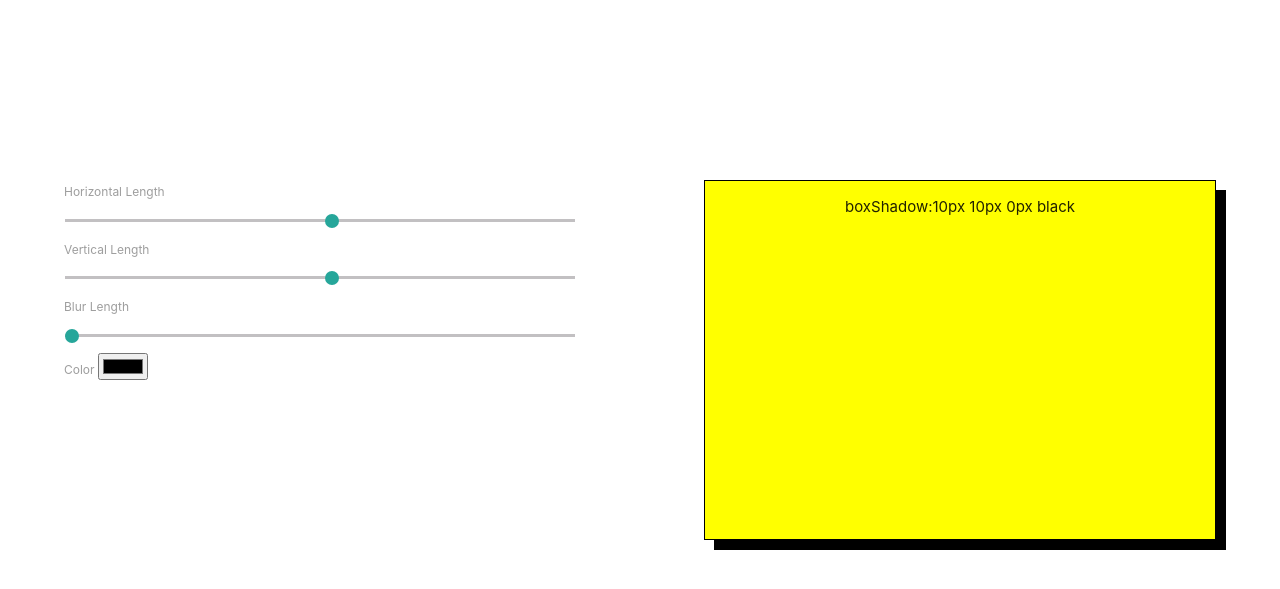
Repository: imrvj/Box-Shadow
Page: /
These files come from the project's save history. The page is drawn as it stood at one moment and after a run of saves; the edit follows.
The browser window is 1280 px wide. The pictures show the whole page.
The project was rebuilt for these pictures with package versions that can differ from the ones it lists, and the page was loaded fresh each time.

Above is the page before, as saved 2020-02-19 23:44:50.

### public/index.html
<!DOCTYPE html>
<html lang="en">
  <head>
    <meta charset="utf-8" />
    <link rel="icon" href="%PUBLIC_URL%/favicon.ico" />
    <meta name="viewport" content="width=device-width, initial-scale=1" />
    <meta name="theme-color" content="#000000" />
    <meta
      name="description"
      content="Web site created using create-react-app"
    />
    <link rel="apple-touch-icon" href="%PUBLIC_URL%/logo192.png" />
    <!--
      manifest.json provides metadata used when your web app is installed on a
      user's mobile device or desktop. See https://developers.google.com/web/fundamentals/web-app-manifest/
    -->
    <link rel="manifest" href="%PUBLIC_URL%/manifest.json" />
    <!--
      Notice the use of %PUBLIC_URL% in the tags above.
      It will be replaced with the URL of the `public` folder during the build.
      Only files inside the `public` folder can be referenced from the HTML.

      Unlike "/favicon.ico" or "favicon.ico", "%PUBLIC_URL%/favicon.ico" will
      work correctly both with client-side routing and a non-root public URL.
      Learn how to configure a non-root public URL by running `npm run build`.
    -->
    <!-- Compiled and minified CSS -->
    <link rel="stylesheet" href="https://cdnjs.cloudflare.com/ajax/libs/materialize/1.0.0/css/materialize.min.css">

    <title>React App</title>
  </head>
  <body>
    <noscript>You need to enable JavaScript to run this app.</noscript>
    <div id="root"></div>
    <!--
      This HTML file is a template.
      If you open it directly in the browser, you will see an empty page.

      You can add webfonts, meta tags, or analytics to this file.
      The build step will place the bundled scripts into the <body> tag.

      To begin the development, run `npm start` or `yarn start`.
      To create a production bundle, use `npm run build` or `yarn build`.
    -->
       <!-- Compiled and minified JavaScript -->
       <script src="https://cdnjs.cloudflare.com/ajax/libs/materialize/1.0.0/js/materialize.min.js"></script>

  </body>
</html>

### src/App.js
import React, { useState } from 'react';

import './App.css';

function App() {
  const [Hori, setHori] = useState(10)
  const [Veri, setVeri] = useState(10)
  const [Blur, setBlur] = useState(0)
  const [Color, setColor] = useState("black")
  return (
    <>

    <div className="App">

      <div className="controls">
      <label>Horizontal Length</label>
      <input type="range"  min="-200" max="200" value={Hori} onChange={(e)=>setHori(e.target.value)}/>
      <label>Vertical Length</label>
      <input type="range"  min="-200" max="200" value={Veri} onChange={(e)=>setVeri(e.target.value)}/>
      <label>Blur Length</label>
      <input type="range"  min="0" max="200" value={Blur} onChange={(e)=>setBlur(e.target.value)}/>
      <label>Color </label>
      <input type="color"  min="0" max="200" value={Color} onChange={(e)=>setColor(e.target.value)}/>
     </div>
      <div className="output">
        <div className="Box" style={{boxShadow:`${Hori}px ${Veri}px ${Blur}px ${Color}`}}>
  <p>boxShadow:{Hori}px {Veri}px {Blur}px {Color}</p>
  </div>
      </div>
    </div>
    </>
  );
}

export default App;

### src/App.css
.App
{
    display: flex;
    justify-content: space-around;
    height: 100vh;
    align-items: center;
}

.Box
{
    width: 40vw;
    height: 50vh;
    border: solid 1px black;
    background-color: yellow;
    text-align: center;
}

.controls
{
    width: 40vw;
    height: 50vh;
}

Loaded but not shown: src/index.js (common file); src/index.css (common file); src/serviceWorker.js (common file)

After the next 2 saves:
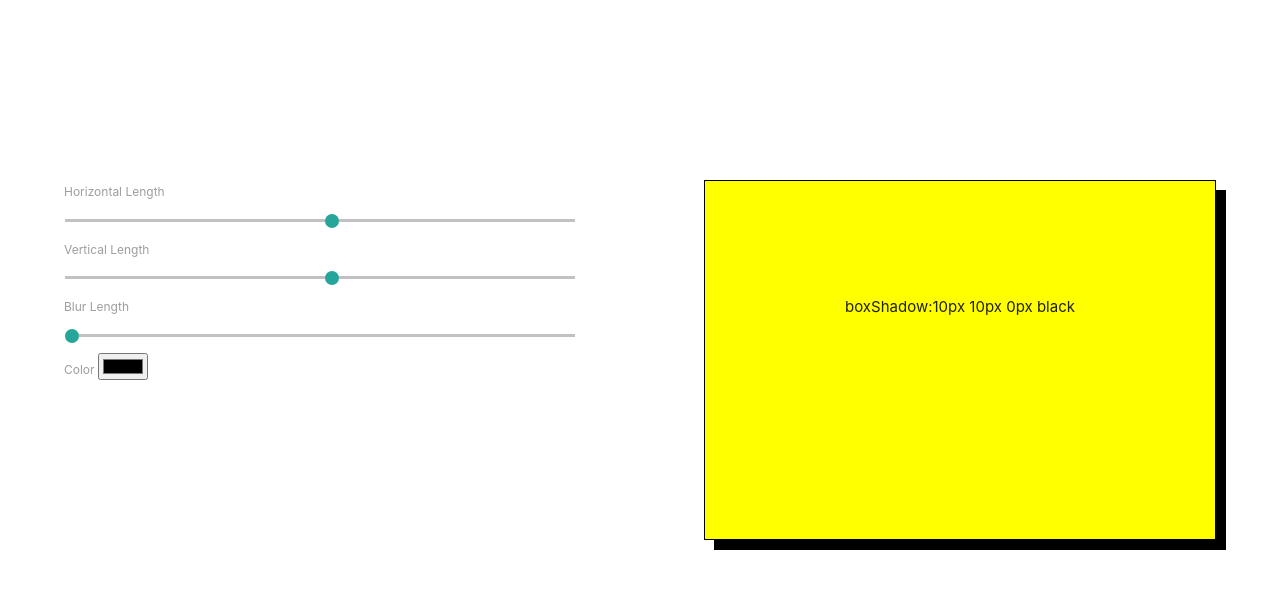
The 2 saves are shown as one change because they came seconds apart.
The last was saved 11 s later.
--- a/src/App.css
+++ b/src/App.css
@@ -13,6 +13,7 @@
     border: solid 1px black;
     background-color: yellow;
     text-align: center;
+    padding-top: 100px;
 }
 
 .controls
